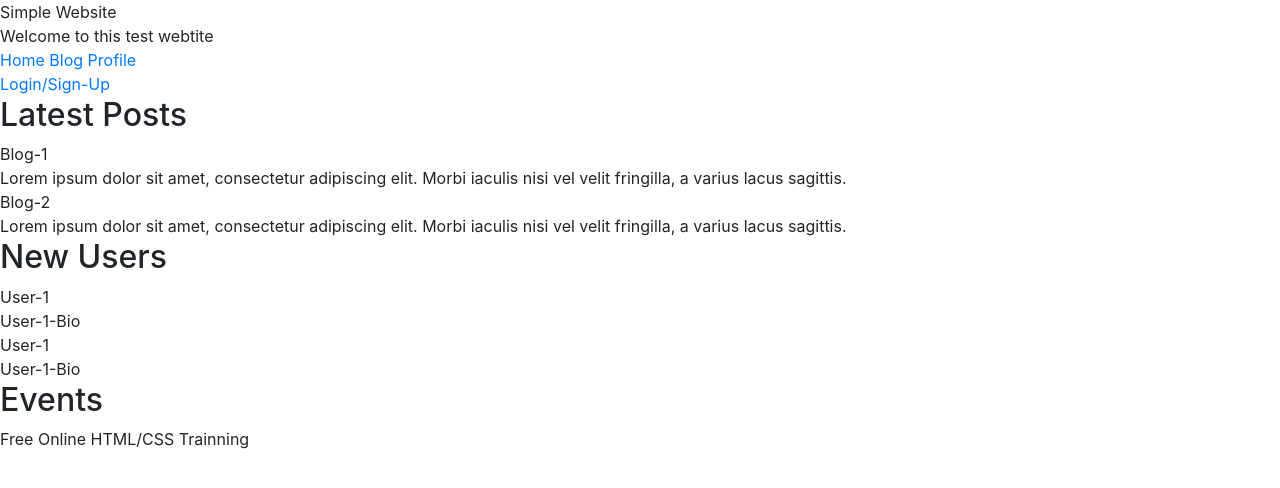
Repository: AbeTavarez/aws_sample_apps
Page: basic_website/index.html
The author's editor kept a record of every edit. The page is drawn from the files as they stood at one moment, then again after the next edit.
The browser window is 1280 px wide. The pictures show the whole page.

Above is the page before.

After the next edit:
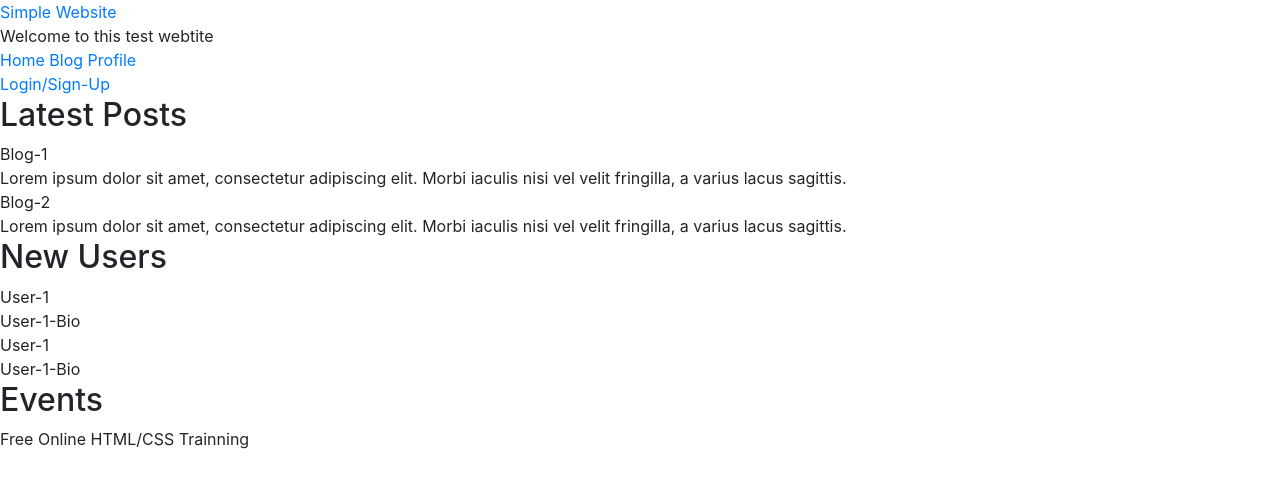
The edit:
--- a/basic_website/index.html
+++ b/basic_website/index.html
@@ -12,7 +12,7 @@
     </head>
     <body class="bg-color dark">
         <header>
-            <div class="text-orimary">Simple Website</div>
+            <div class="text-primary">Simple Website</div>
             <div>Welcome to this test webtite</div>
         </header>
 
